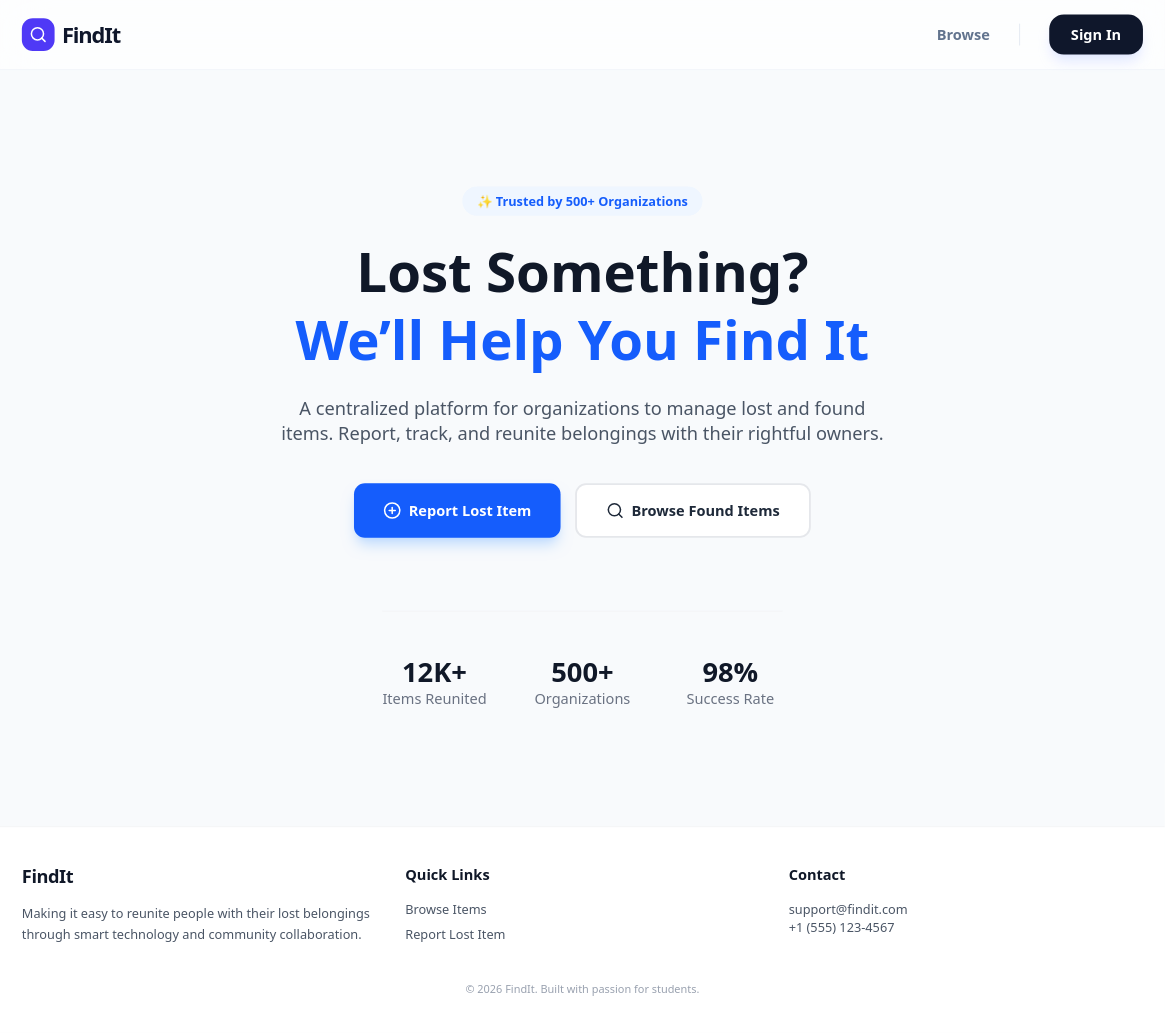
Repository: roygaurav007/lost-and-found
Page: / (app in Frontend/client/)
An editor plug-in stored every save of this project. The page is shown before and after a run of saves, followed by the edit.
The browser window is 1280 px wide. The pictures show the whole page, at 91% of full size.
The project was rebuilt for these pictures with package versions that can differ from the ones it lists, and the page was loaded fresh each time. Also part of the build but not shown: Frontend/client/vite.config.js, Frontend/client/src/pages/Login.jsx, Frontend/client/src/utils/formSchemas.js, Frontend/client/src/pages/ReportItem.jsx, Frontend/client/src/pages/BrowseItems.jsx, Frontend/client/src/pages/AdminDashboard.jsx, Frontend/client/src/pages/UserDashboard.jsx.

Above is the page before, as saved 2026-02-02 17:08:17.

### Frontend/client/src/main.jsx
import React from 'react'
import ReactDOM from 'react-dom/client'
import { BrowserRouter } from 'react-router-dom'
import App from './App'
import './styles/global.css' // We are pointing to our new style folder

ReactDOM.createRoot(document.getElementById('root')).render(
  <React.StrictMode>
    <BrowserRouter>
      <App />
    </BrowserRouter>
  </React.StrictMode>,
)

### Frontend/client/src/App.jsx
import { Routes, Route, Navigate } from 'react-router-dom';
import { Toaster } from 'react-hot-toast';
import { AuthProvider, useAuth } from './context/AuthContext';
import Layout from './components/Layout';
import Home from './pages/Home';
import Login from './pages/Login';
import ReportItem from './pages/ReportItem';
import BrowseItems from './pages/BrowseItems';
import AdminDashboard from './pages/AdminDashboard';
import UserDashboard from './pages/UserDashboard';

// 🛡️ Role-Based Protector
const ProtectedRoute = ({ children, allowedRole }) => {
  const { user } = useAuth();
  if (!user) return <Navigate to="/login" replace />;
  if (user.role !== allowedRole) return <Navigate to="/" replace />;
  return children;
};

function AppContent() {
  return (
    <Layout>
      <Toaster position="top-center" />
      <Routes>
        <Route path="/" element={<Home />} />
        <Route path="/login" element={<Login />} />
        <Route path="/browse" element={<BrowseItems />} />

        {/* Protected Routes */}
        <Route path="/student-hub" element={
          <ProtectedRoute allowedRole="user"><UserDashboard /></ProtectedRoute>
        } />
        <Route path="/admin" element={
          <ProtectedRoute allowedRole="admin"><AdminDashboard /></ProtectedRoute>
        } />

        <Route path="/report" element={<ReportItem />} />
        <Route path="*" element={<div className="py-20 text-center font-bold">404: Not Found</div>} />
      </Routes>
    </Layout>
  );
}

export default function App() {
  return (
    <AuthProvider>
      <AppContent />
    </AuthProvider>
  );
}

### Frontend/client/src/context/AuthContext.jsx
import { createContext, useContext, useState, useEffect } from 'react';

const AuthContext = createContext();

export const AuthProvider = ({ children }) => {
  const [user, setUser] = useState(null);
  const [loading, setLoading] = useState(true);

  // Persistence: Keeps you logged in even if you refresh the page
  useEffect(() => {
    const savedUser = localStorage.getItem('findit_user');
    if (savedUser) setUser(JSON.parse(savedUser));
    setLoading(false);
  }, []);

  const login = async (role) => {
    // 🔌 BACKEND CONNECT POINT:
    // Later: const res = await axios.post('/api/login', { role });
    const mockUser = { role, email: role === 'admin' ? 'admin@college.edu' : 'student@college.edu' };
    setUser(mockUser);
    localStorage.setItem('findit_user', JSON.stringify(mockUser));
    return true;
  };

  const logout = () => {
    setUser(null);
    localStorage.removeItem('findit_user');
  };

  return (
    <AuthContext.Provider value={{ user, login, logout, loading }}>
      {!loading && children}
    </AuthContext.Provider>
  );
};

export const useAuth = () => useContext(AuthContext);

### Frontend/client/src/components/Layout.jsx
import Navbar from './Navbar';
import Footer from './Footer';

const Layout = ({ children, user, onLogout }) => {
  return (
    <div className="min-h-screen flex flex-col bg-slate-50 font-sans text-slate-900 selection:bg-indigo-100 selection:text-indigo-900">
      {/* Passes the 'user' and 'onLogout' props directly to the Navbar
          so it can dynamically hide/show the Admin and Student Hub links.
      */}
      <Navbar user={user} onLogout={onLogout} />

      <main className="flex-grow container mx-auto px-6 py-12">
        {children}
      </main>

      <Footer />
    </div>
  );
};

export default Layout;

### Frontend/client/src/pages/Home.jsx
import { Link } from 'react-router-dom';
import { Search, PlusCircle } from 'lucide-react';

const Home = () => {
  return (
    <div className="flex flex-col items-center justify-center py-20 text-center">
      {/* Visual Badge */}
      <div className="bg-blue-50 text-blue-600 px-4 py-1.5 rounded-full text-sm font-semibold mb-6">
        ✨ Trusted by 500+ Organizations
      </div>

      <h1 className="text-5xl md:text-6xl font-black text-gray-900 leading-tight">
        Lost Something? <br />
        <span className="text-blue-600">We’ll Help You Find It</span>
      </h1>

      <p className="mt-6 text-xl text-gray-600 max-w-2xl">
        A centralized platform for organizations to manage lost and found items.
        Report, track, and reunite belongings with their rightful owners.
      </p>

      <div className="mt-10 flex flex-col sm:flex-row gap-4">
        <Link to="/report" className="flex items-center gap-2 bg-blue-600 text-white px-8 py-4 rounded-xl font-bold hover:bg-blue-700 transition shadow-lg shadow-blue-200">
          <PlusCircle size={20} />
          Report Lost Item
        </Link>
        <Link to="/browse" className="flex items-center gap-2 bg-white text-gray-800 border-2 border-gray-200 px-8 py-4 rounded-xl font-bold hover:bg-gray-50 transition">
          <Search size={20} />
          Browse Found Items
        </Link>
      </div>

      {/* Stats Section */}
      <div className="grid grid-cols-3 gap-12 mt-20 border-t border-gray-100 pt-12">
        <div>
          <p className="text-3xl font-black text-gray-900">12K+</p>
          <p className="text-gray-500 font-medium">Items Reunited</p>
        </div>
        <div>
          <p className="text-3xl font-black text-gray-900">500+</p>
          <p className="text-gray-500 font-medium">Organizations</p>
        </div>
        <div>
          <p className="text-3xl font-black text-gray-900">98%</p>
          <p className="text-gray-500 font-medium">Success Rate</p>
        </div>
      </div>
    </div>
  );
};

export default Home;

### Frontend/client/src/components/Navbar.jsx
import { Link } from 'react-router-dom';
import { motion } from 'framer-motion';
import { Search, LogOut, ShieldCheck, LayoutDashboard } from 'lucide-react';

const Navbar = ({ user, onLogout }) => {
  return (
    <nav className="sticky top-0 z-50 bg-white/70 backdrop-blur-xl border-b border-slate-100 px-6 py-4">
      <div className="max-w-7xl mx-auto flex justify-between items-center">

        <Link to="/" className="flex items-center gap-2 group">
          <motion.div whileHover={{ rotate: 15 }} className="bg-indigo-600 p-2 rounded-xl text-white">
            <Search size={20} />
          </motion.div>
          <span className="text-2xl font-black text-slate-900 tracking-tighter">FindIt</span>
        </Link>

        <div className="hidden md:flex items-center gap-6">
          <Link to="/browse" className="text-slate-500 font-bold hover:text-indigo-600 transition">Browse</Link>

          {/* 🛡️ Show Admin link ONLY if Admin is logged in */}
          {user?.role === 'admin' && (
            <Link to="/admin" className="flex items-center gap-2 bg-rose-50 text-rose-600 px-4 py-2 rounded-xl font-black border border-rose-100">
              <ShieldCheck size={18} /> Admin
            </Link>
          )}

          {/* 🎓 Show Student Hub link ONLY if Student is logged in */}
          {user?.role === 'user' && (
            <Link to="/student-hub" className="flex items-center gap-2 bg-indigo-50 text-indigo-600 px-4 py-2 rounded-xl font-black border border-indigo-100">
              <LayoutDashboard size={18} /> Student Hub
            </Link>
          )}

          <div className="h-6 w-[1px] bg-slate-200 mx-2" />

          {user ? (
            <button onClick={onLogout} className="flex items-center gap-2 text-slate-600 font-bold hover:text-rose-500 transition">
              <LogOut size={18} /> Logout
            </button>
          ) : (
            <Link to="/login" className="bg-slate-900 text-white px-6 py-2.5 rounded-2xl font-bold hover:bg-indigo-600 transition shadow-lg shadow-indigo-100">
              Sign In
            </Link>
          )}
        </div>
      </div>
    </nav>
  );
};

export default Navbar;

### Frontend/client/src/components/Footer.jsx
const Footer = () => {
  return (
    <footer className="bg-white border-t border-gray-100 py-10 mt-auto">
      <div className="max-w-7xl mx-auto px-6 grid grid-cols-1 md:grid-cols-3 gap-8 text-gray-600">
        <div>
          <h3 className="text-gray-900 font-black text-xl mb-4 tracking-tight">FindIt</h3>
          <p className="text-sm leading-relaxed">Making it easy to reunite people with their lost belongings through smart technology and community collaboration.</p>
        </div>
        <div>
          <h4 className="font-bold text-gray-900 mb-4">Quick Links</h4>
          <ul className="space-y-2 text-sm">
            <li><a href="/browse" className="hover:text-blue-600 transition">Browse Items</a></li>
            <li><a href="/report" className="hover:text-blue-600 transition">Report Lost Item</a></li>
          </ul>
        </div>
        <div>
          <h4 className="font-bold text-gray-900 mb-4">Contact</h4>
          <p className="text-sm">support@findit.com</p>
          <p className="text-sm">+1 (555) 123-4567</p>
        </div>
      </div>
      <div className="text-center mt-10 text-xs text-gray-400">
        © 2026 FindIt. Built with passion for students.
      </div>
    </footer>
  );
};

export default Footer;

Loaded but not shown: Frontend/client/index.html (common file); Frontend/client/src/styles/global.css (common file)

After the next 2 saves:
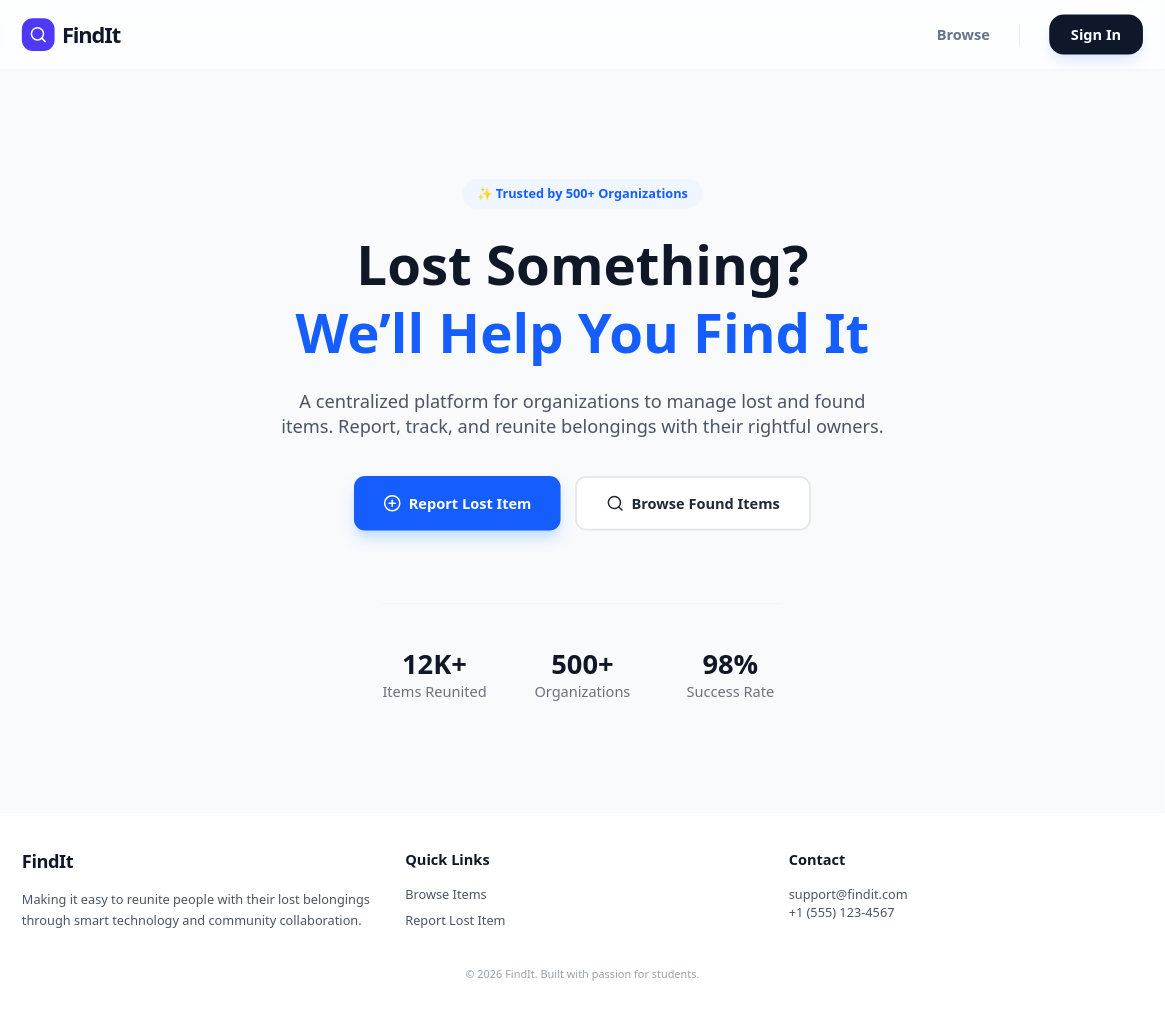
The 2 saves are shown as one change because they came seconds apart.
The last was saved 31 s later.
--- a/Frontend/client/src/components/Layout.jsx
+++ b/Frontend/client/src/components/Layout.jsx
@@ -1,18 +1,13 @@
 import Navbar from './Navbar';
 import Footer from './Footer';
 
-const Layout = ({ children, user, onLogout }) => {
+const Layout = ({ children }) => {
   return (
-    <div className="min-h-screen flex flex-col bg-slate-50 font-sans text-slate-900 selection:bg-indigo-100 selection:text-indigo-900">
-      {/* Passes the 'user' and 'onLogout' props directly to the Navbar
-          so it can dynamically hide/show the Admin and Student Hub links.
-      */}
-      <Navbar user={user} onLogout={onLogout} />
-
-      <main className="flex-grow container mx-auto px-6 py-12">
+    <div className="min-h-screen flex flex-col bg-slate-50">
+      <Navbar />
+      <main className="flex-grow container mx-auto px-6 py-10">
         {children}
       </main>
-
       <Footer />
     </div>
   );
